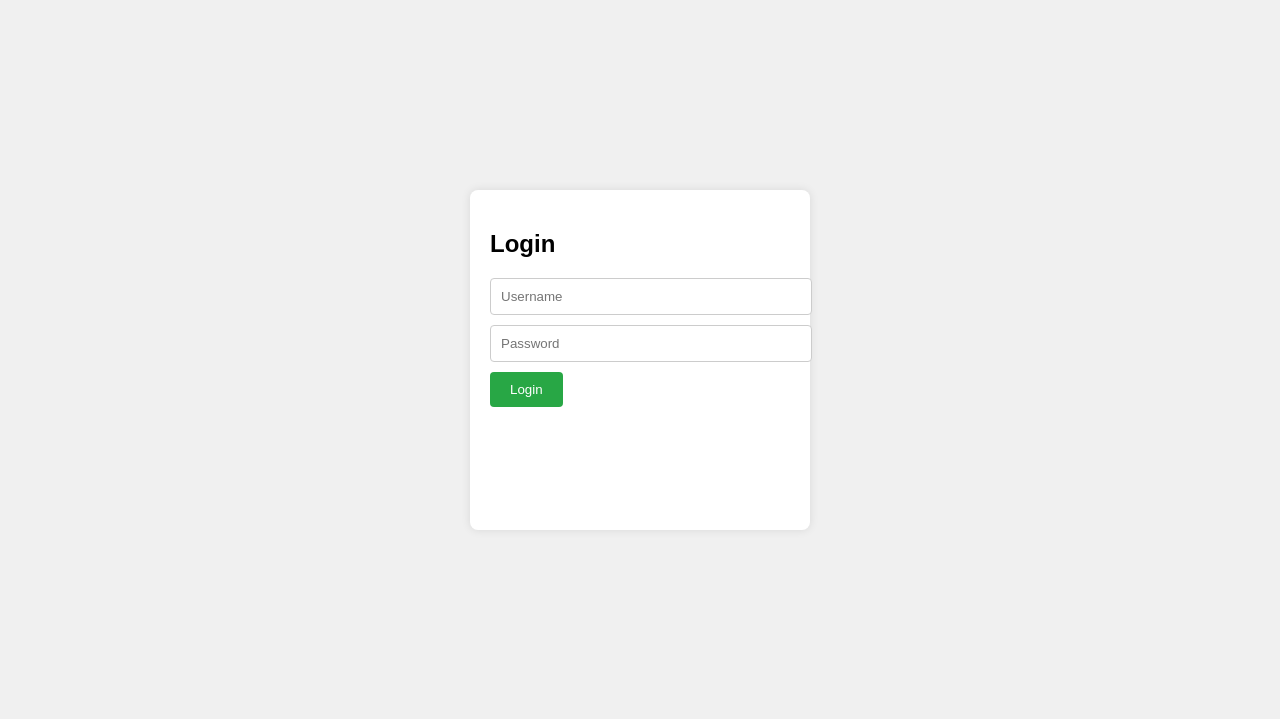
Repository: Anadi-Chauhan/Mentorship-binarybuddy
Page: login.html
The author's editor kept a copy of each file at every save. The page is drawn from the files as they stood at one save, then again after the next save.
The browser window is 1280 px wide. The pictures show the whole page.

Above is the page before, as saved 2024-10-19 10:12:04.

### login.html
<!DOCTYPE html>
<html lang="en">
<head>
    <meta charset="UTF-8">
    <meta name="viewport" content="width=device-width, initial-scale=1.0">
    <title>Login Example</title>
    <link rel="stylesheet" href="login.css">
</head>
<body>
    <div class="container">
        <div id="login-form">
            <h2>Login</h2>
            <input type="text" id="username" placeholder="Username" required>
            <input type="password" id="password" placeholder="Password" required>
            <button onclick="login()">Login</button>
            <p id="login-error"></p>
        </div>

        <div id="welcome-section" style="display: none;">
            <h2>Welcome, <span id="user-name"></span>!</h2>
            <button onclick="logout()">Logout</button>
        </div>
    </div>

    <script src="login.js"></script>
</body>
</html>

### login.css
body {
    font-family: Arial, sans-serif;
    display: flex;
    justify-content: center;
    align-items: center;
    height: 100vh;
    background-color: #f0f0f0;
    margin: 0;
}

.container {
    background-color: white;
    width: 300px;
    height: 300px;
    padding: 20px;
    border-radius: 8px;
    box-shadow: 0 0 10px rgba(0, 0, 0, 0.1);
}

input {
    display: block;
    margin: 10px 0;
    padding: 10px;
    width: 100%;
    border: 1px solid #ccc;
    border-radius: 4px;
}

button {
    padding: 10px 20px;
    background-color: #28a745;
    color: white;
    border: none;
    border-radius: 4px;
    cursor: pointer;
}

button:hover {
    background-color: #218838;
}

#error {
    color: red;
}

### login.js
// Script to handle login and logout
function login() {
    const username = document.getElementById("username").value;
    const password = document.getElementById("password").value;

    if (username === "admin" && password === "1234") {
        document.getElementById("login-form").style.display = "none";
        document.getElementById("welcome-section").style.display = "block";
        document.getElementById("user-name").textContent = username;
        document.getElementById("login-error").textContent = "";
    } else {
        document.getElementById("login-error").textContent = "Invalid credentials!";
    }
}

function logout() {
    document.getElementById("login-form").style.display = "block";
    document.getElementById("welcome-section").style.display = "none";
    document.getElementById("username").value = "";
    document.getElementById("password").value = "";
}

After the next save:
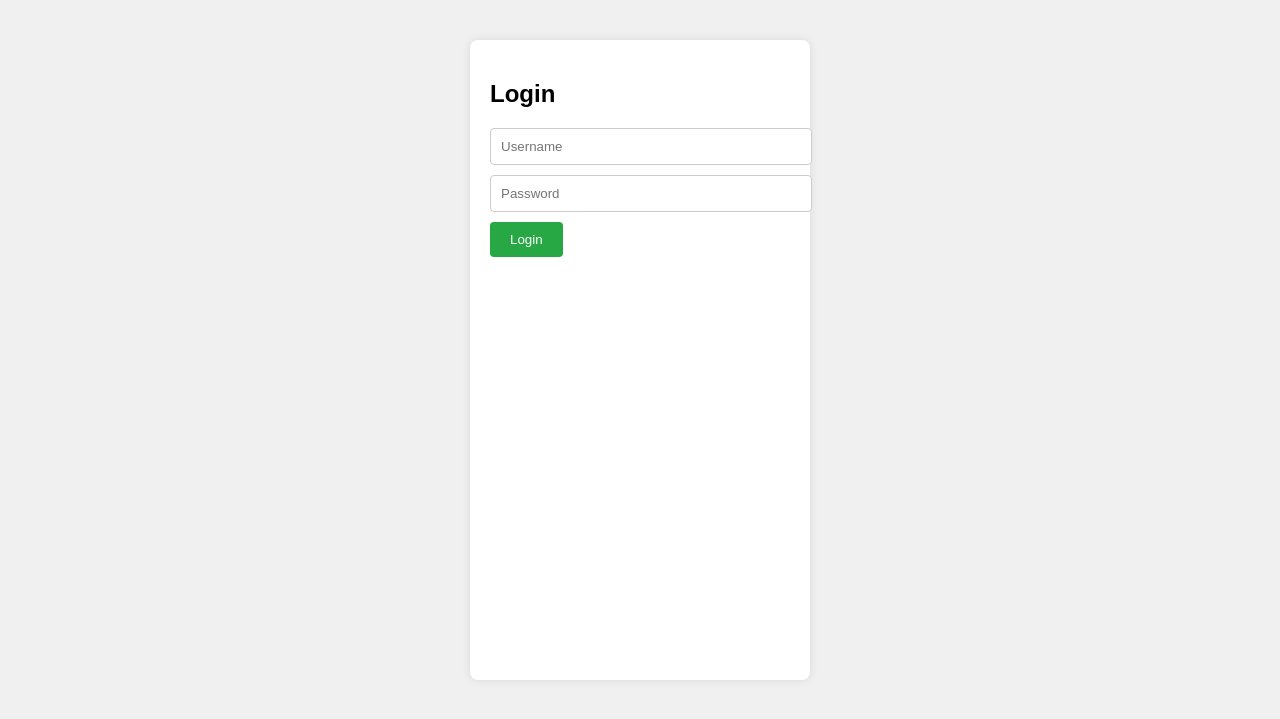
Saved 5 s later.
--- a/login.css
+++ b/login.css
@@ -11,7 +11,7 @@ body {
 .container {
     background-color: white;
     width: 300px;
-    height: 300px;
+    height: 600px;
     padding: 20px;
     border-radius: 8px;
     box-shadow: 0 0 10px rgba(0, 0, 0, 0.1);
